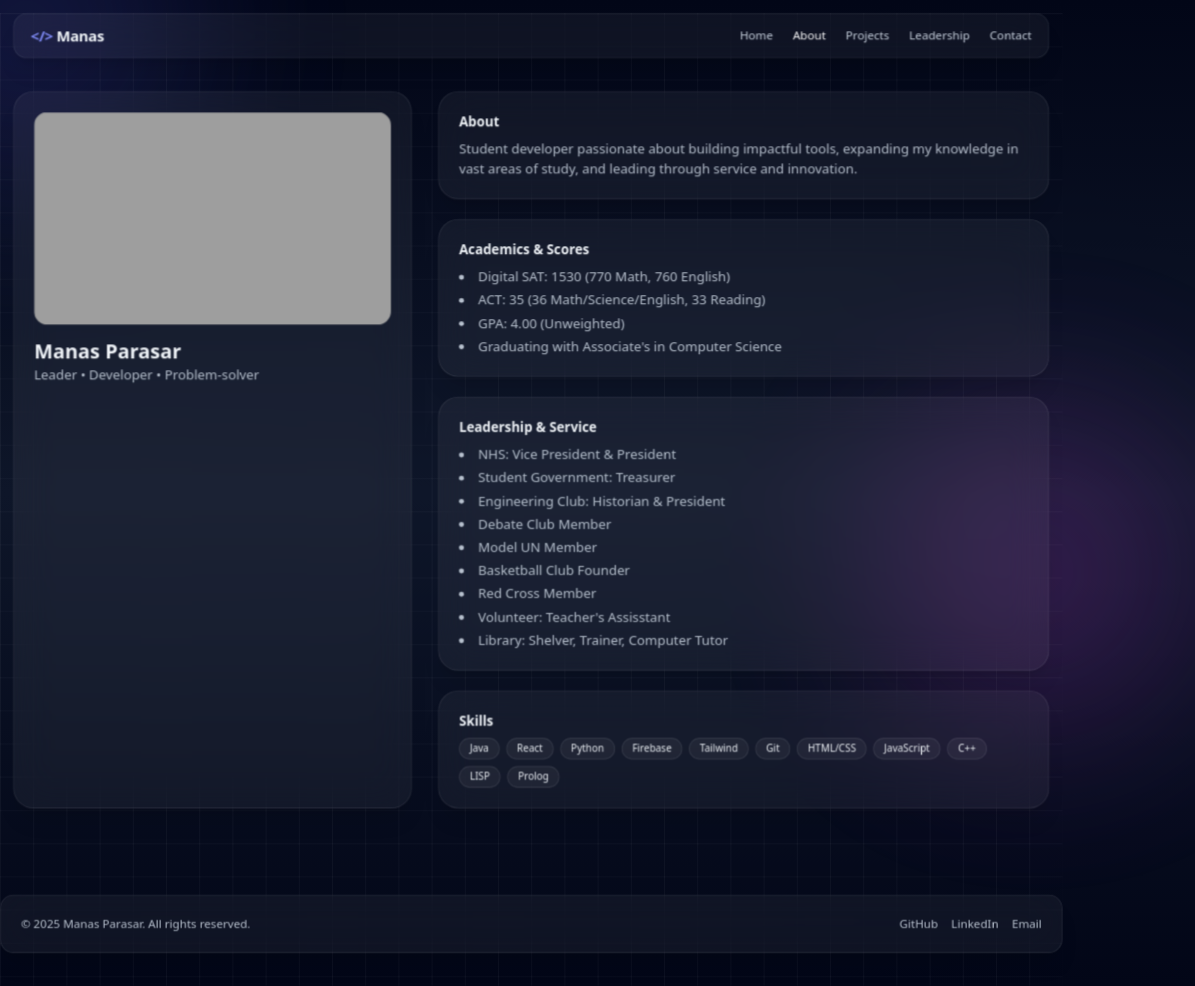
Repository: Manas-Parasar/portfolio-manas-parasar
Page: /about
These files come from the project's save history. The page is drawn as it stood at one moment and after the next save; the edit follows.
The browser window is 1280 px wide. The page is 1440 px wide, so the pictures cover 1440 px, including what lies to the right of the window. The pictures show the whole page, at 83% of full size.
Pictures or frames that could not be fetched are drawn as grey boxes. The project was rebuilt for these pictures with package versions that can differ from the ones it lists, and the page was loaded fresh each time. Also part of the build but not shown: vite.config.js, src/components/Hero.jsx, src/components/Section.jsx, src/components/ProjectCard.jsx, src/pages/Home.jsx, src/pages/Projects.jsx, src/components/TimelineItem.jsx, src/pages/Leadership.jsx and 1 more.

Above is the page before, as saved 2025-08-19 17:23:03.

After the next save:
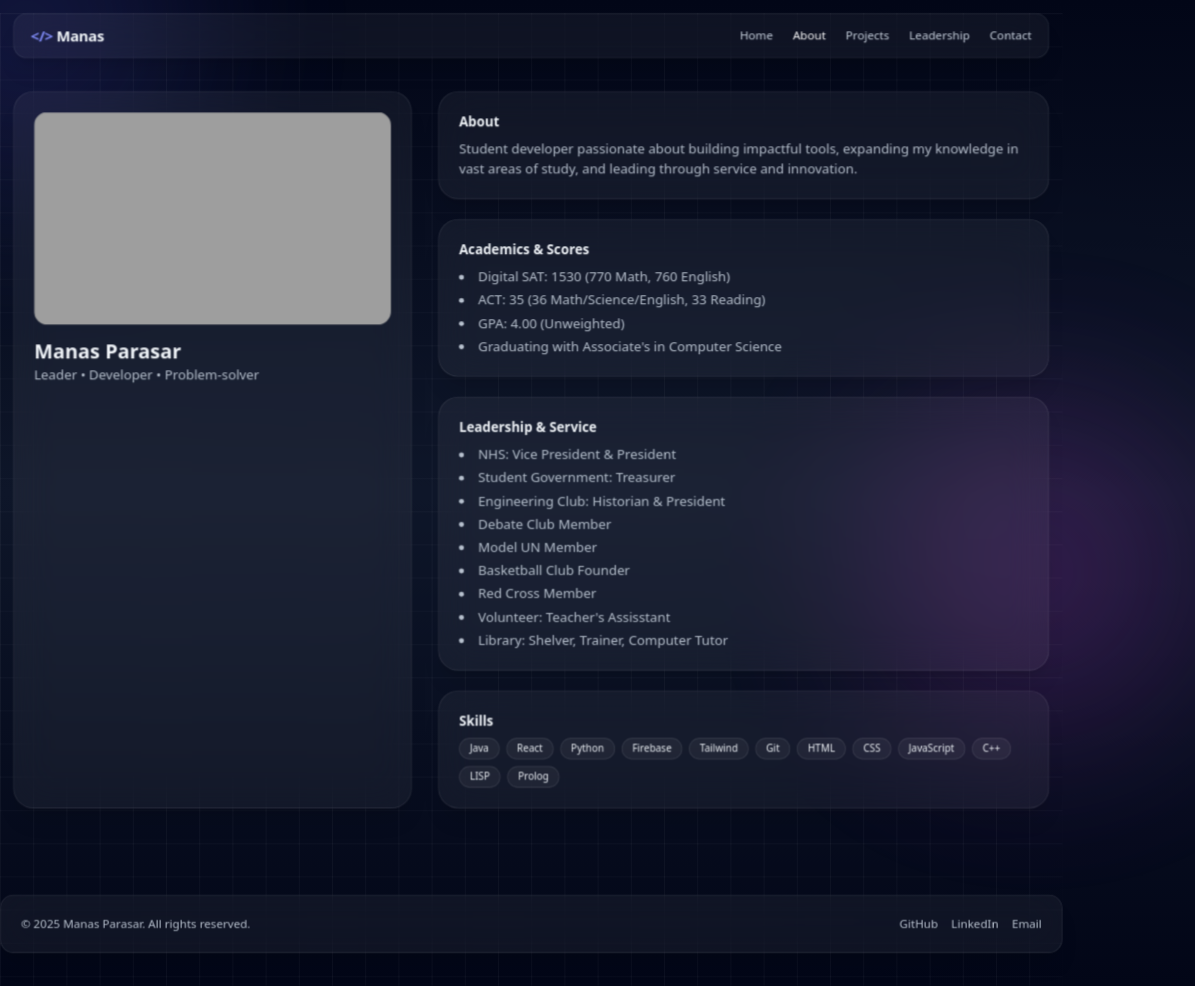
Saved 72 s later.
--- a/src/pages/About.jsx
+++ b/src/pages/About.jsx
@@ -52,7 +52,8 @@ export default function About() {
               "Firebase",
               "Tailwind",
               "Git",
-              "HTML/CSS",
+              "HTML",
+              "CSS",
               "JavaScript",
               "C++",
               "LISP",
